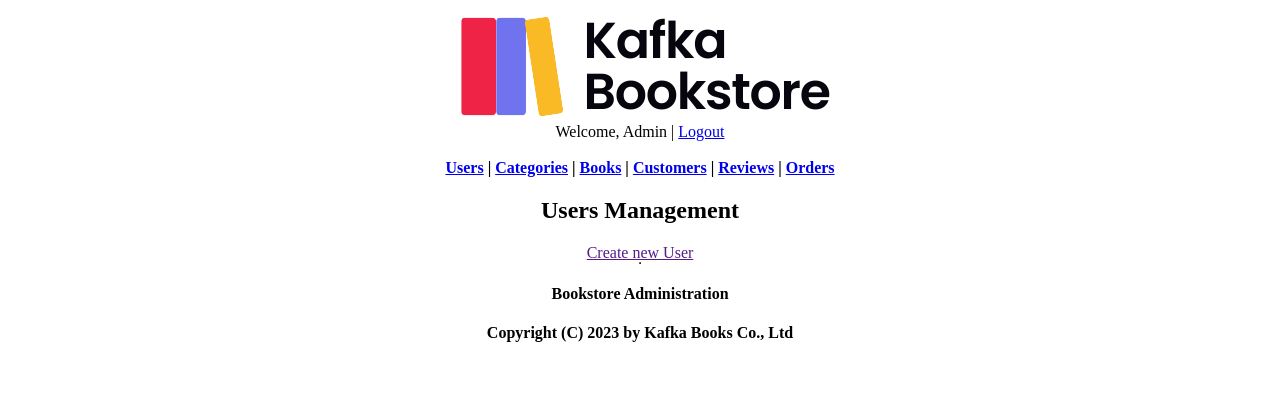
Repository: janvi2502/BookStore
Page: http://localhost/BookStoreWebsite/admin/user_list.jsp
These files come from the project's save history. The page is drawn as it stood at one moment and after the next save; the edit follows.
The browser window is 1280 px wide. The pictures show the whole page.
The page is served by Tomcat 10.

Above is the page before, as saved 2023-10-23 12:24:17.

After the next save:
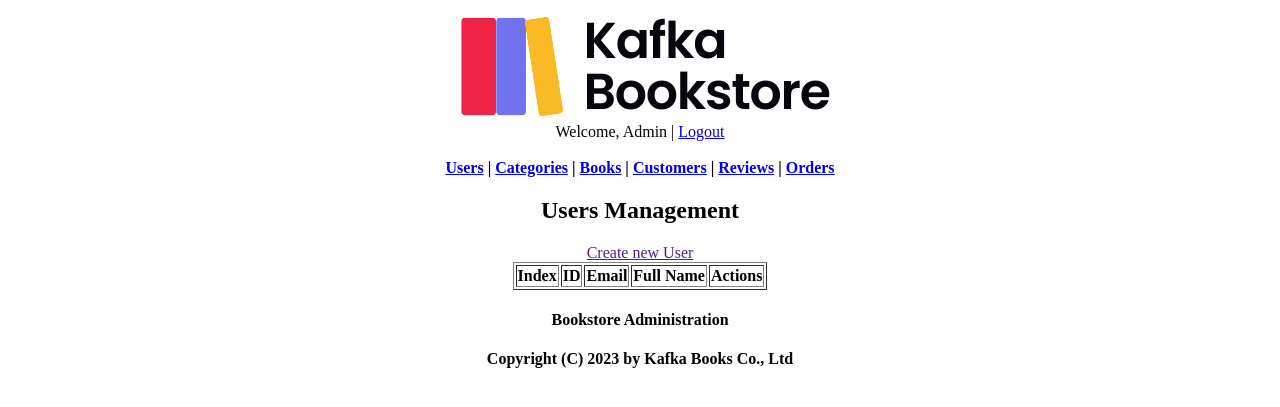
Saved 84 s later.
--- a/BookStoreWebsite/WebContent/admin/user_list.jsp
+++ b/BookStoreWebsite/WebContent/admin/user_list.jsp
@@ -15,6 +15,13 @@
 
 	<div align="center">
 		<table border="1">
+			<tr>
+			<th>Index</th>
+			<th>ID</th>
+			<th>Email</th>
+			<th>Full Name</th>
+			<th>Actions</th>
+			</tr>
 		</table>
 	</div>
 
